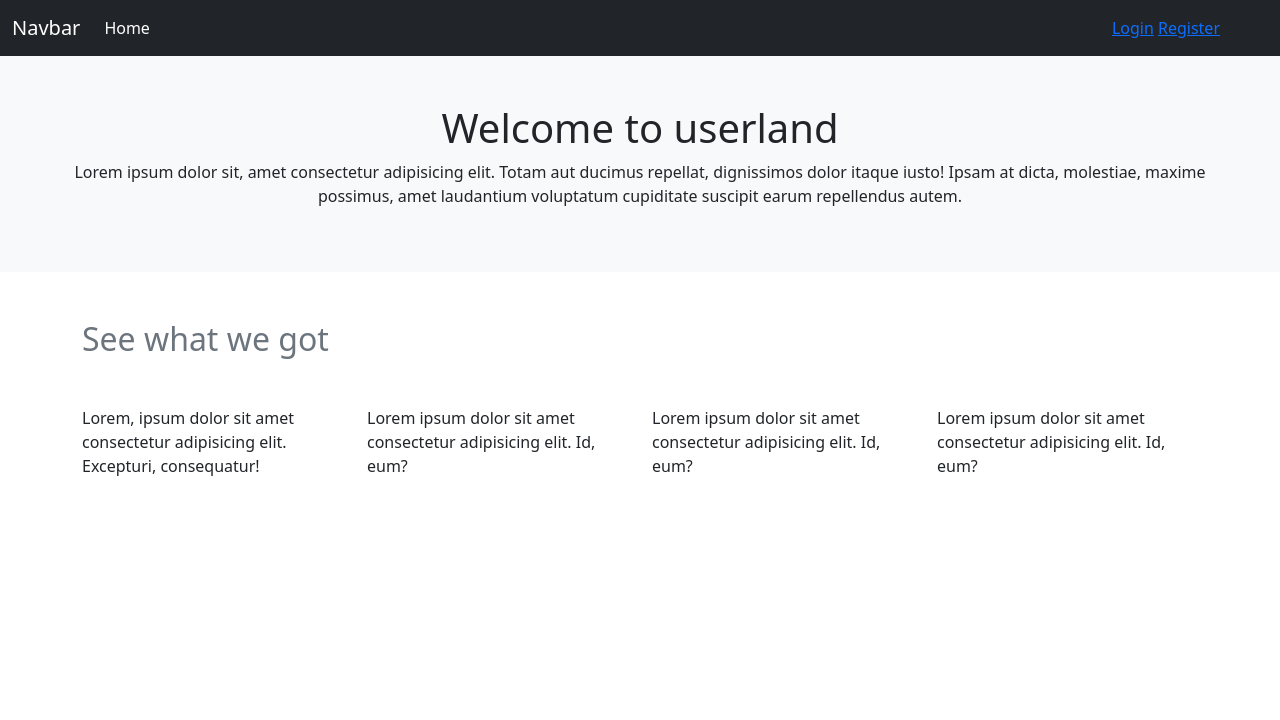
Repository: BrittleHeart/symfony-users--crud
Page: templates/home/home.html.twig
These files come from the project's save history. The page is drawn as it stood at one moment and after a run of saves; the edit follows.
The browser window is 1280 px wide. The pictures show the whole page.
The page is a Twig template of a Symfony application; nobody is signed in and links lead nowhere. The template is opened directly, without the code that normally fills it, so the values that code supplies are empty.

Above is the page before, as saved 2021-02-20 15:51:19.

After the next 9 saves:
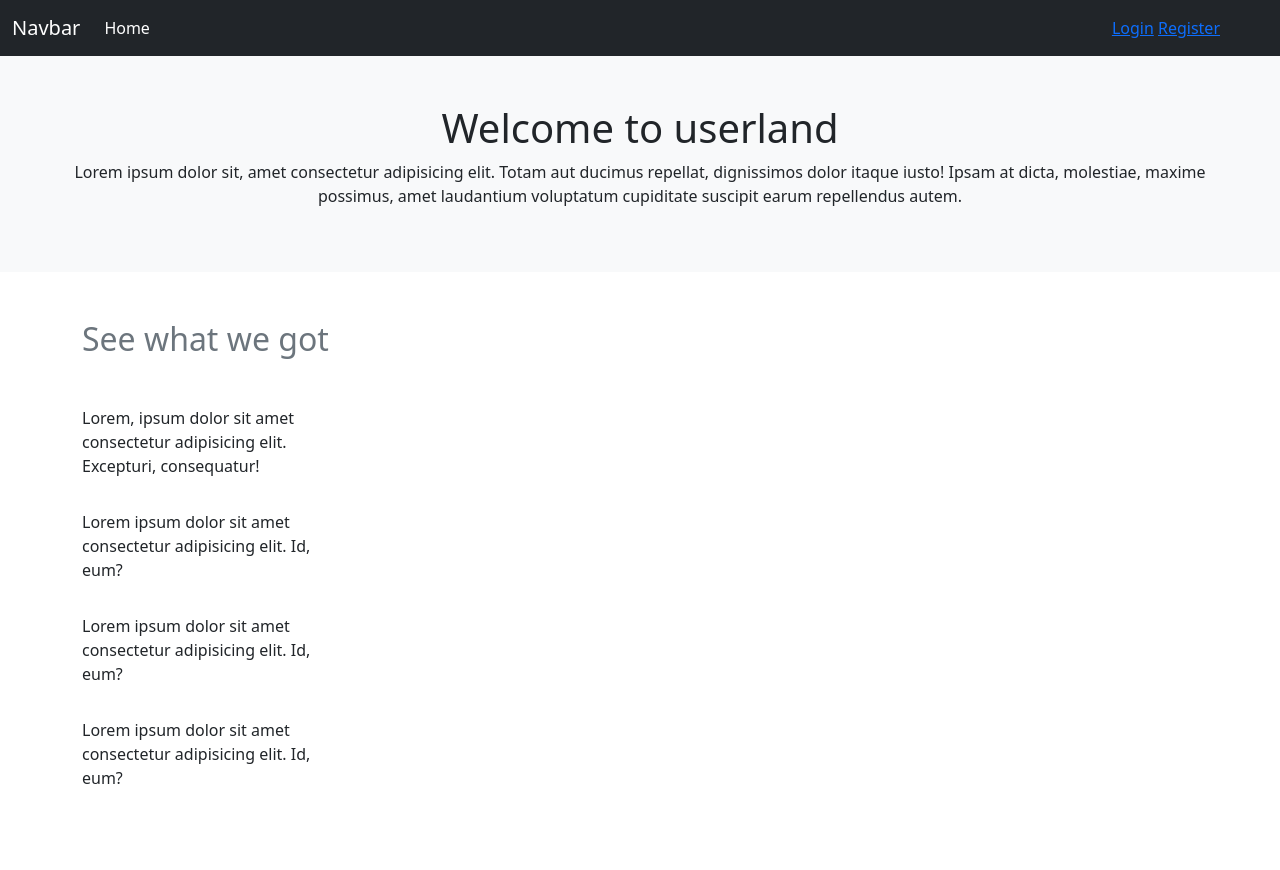
The 9 saves are shown as one change because they came seconds apart.
The last was saved 26 s later.
--- a/templates/home/home.html.twig
+++ b/templates/home/home.html.twig
@@ -11,10 +11,26 @@
 		<div class="container">
 			<h2 class="text-muted">See what we got</h2>
 			<div class="row mt-5">
-				<div class="col-md-3">Lorem, ipsum dolor sit amet consectetur adipisicing elit. Excepturi, consequatur!</div>
-				<div class="col-md-3">Lorem ipsum dolor sit amet consectetur adipisicing elit. Id, eum?</div>
-				<div class="col-md-3">Lorem ipsum dolor sit amet consectetur adipisicing elit. Id, eum?</div>
-				<div class="col-md-3">Lorem ipsum dolor sit amet consectetur adipisicing elit. Id, eum?</div>
+				<div class="col-md-3">
+                <p>
+                                Lorem, ipsum dolor sit amet consectetur adipisicing elit. Excepturi, consequatur!</p>
+                <p>
+                                </div></p>
+				<div class="col-md-3">
+                <p>
+                                Lorem ipsum dolor sit amet consectetur adipisicing elit. Id, eum?</p>
+                <p>
+                                </div></p>
+				<div class="col-md-3">
+                <p>
+                                Lorem ipsum dolor sit amet consectetur adipisicing elit. Id, eum?</p>
+                <p>
+                                </div></p>
+				<div class="col-md-3">
+                <p>
+                                Lorem ipsum dolor sit amet consectetur adipisicing elit. Id, eum?</p>
+                <p>
+                                </div></p>
 			</div>
 		</div>
 	</main>
